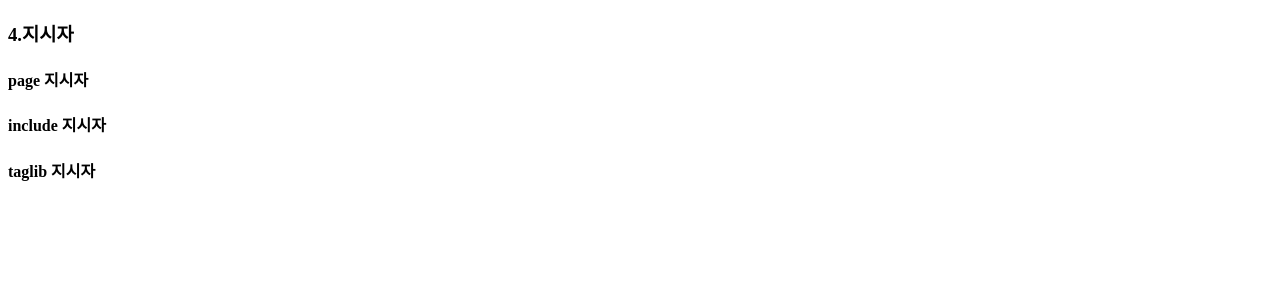
Repository: 123rhkddms2/JSP
Page: http://localhost/ch02/4.지시자.jsp
These files come from the project's save history. The page is drawn as it stood at one moment and after the next save; the edit follows.
The browser window is 1280 px wide. The pictures show the whole page.
The page is served by Tomcat 9.

Above is the page before, as saved 2024-01-29 02:18:29.

After the next save:
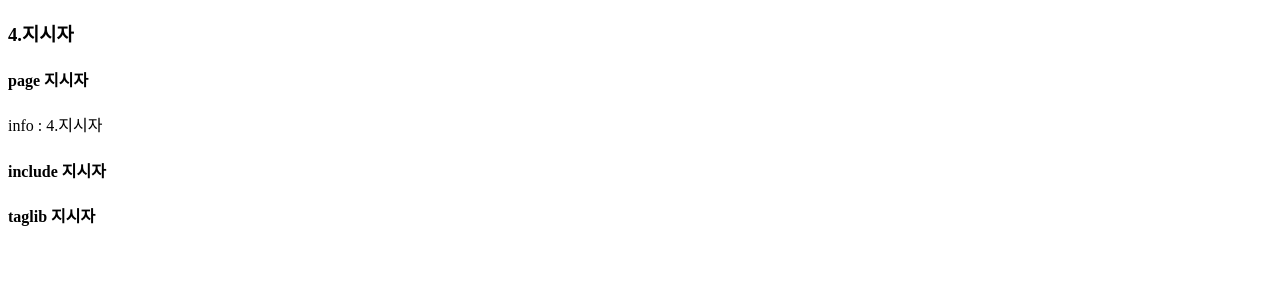
Saved 47 s later.
--- a/ch02/src/main/webapp/4.지시자.jsp
+++ b/ch02/src/main/webapp/4.지시자.jsp
@@ -13,9 +13,15 @@
 	<body>
 		<h3>4.지시자</h3>
 
+
 		<h4>page 지시자</h4>
+		<p>
+			info : <%= getServletInfo() %>
+		</p>
+
 
 		<h4>include 지시자</h4>
+
 
 		<h4>taglib 지시자</h4>
 
